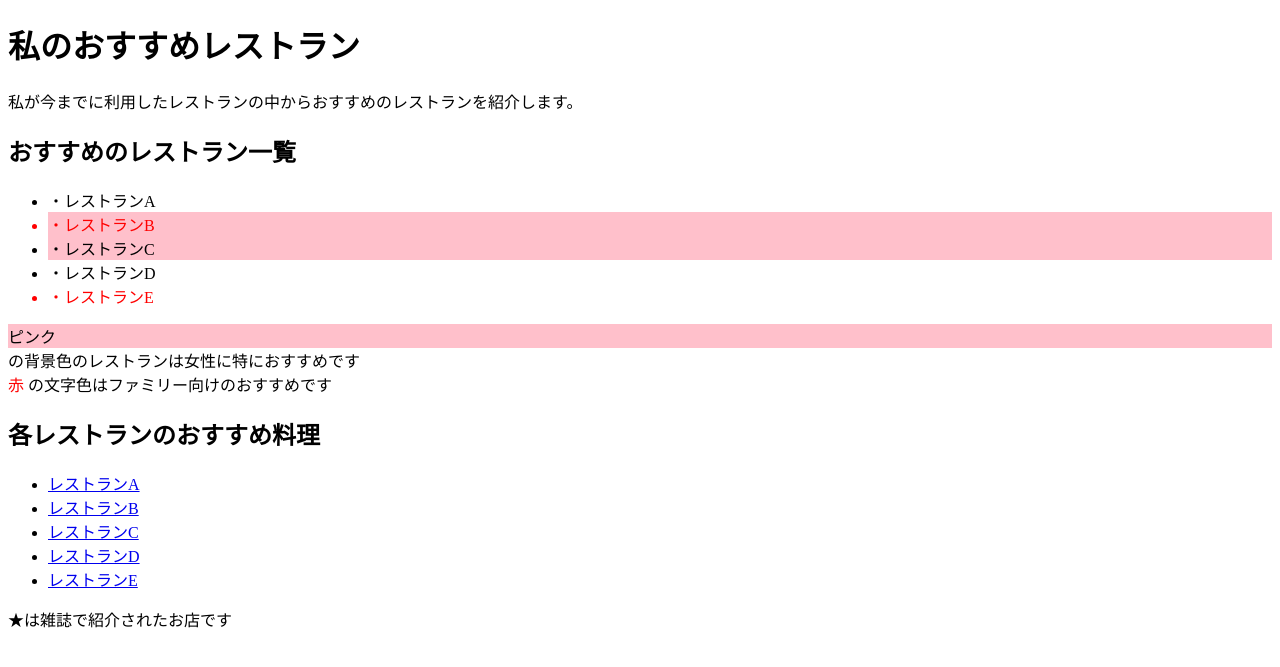
Repository: KubotaAtsushi/samurai_HTML-CSS
Page: test.html
The author's editor kept a record of every edit. The page is drawn from the files as they stood at one moment, then again after the next edit.
The browser window is 1280 px wide. The pictures show the whole page.

Above is the page before.

After the next edit:
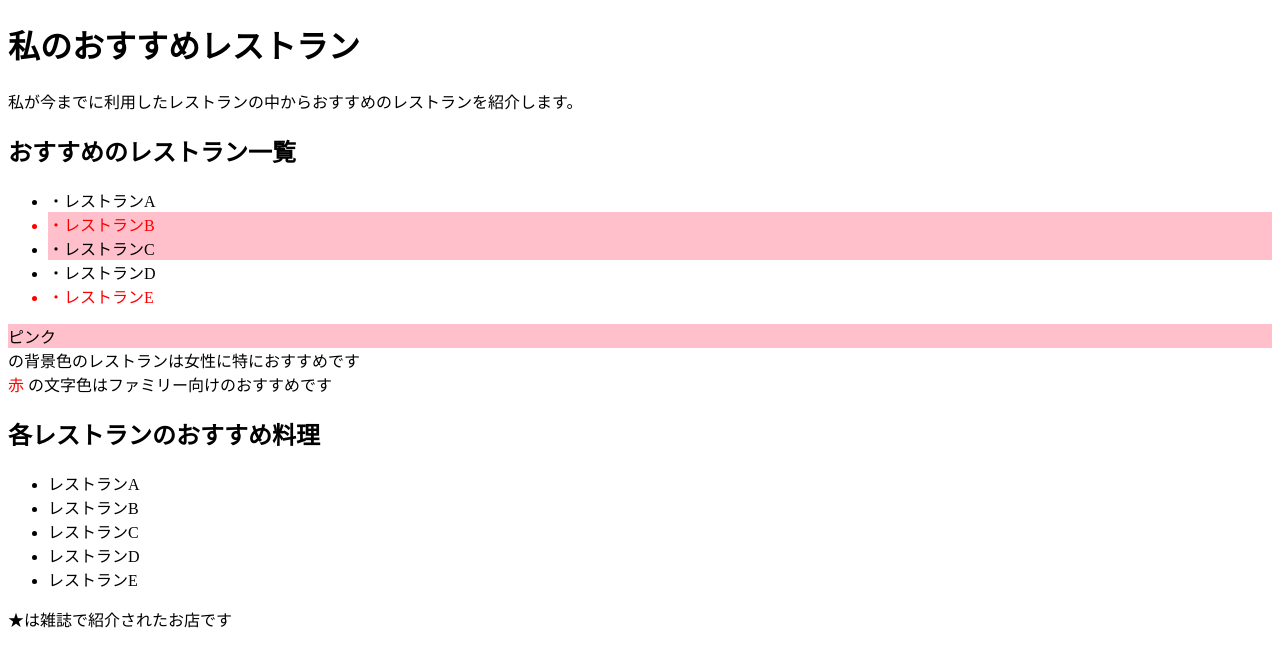
The edit:
--- a/test.html
+++ b/test.html
@@ -30,11 +30,11 @@
                  <div id="wrapper">
             <div id="nav">
                 <ul>
-                    <li><a href="home.html">レストランA</a></li>
-                    <li><a href="#">レストランB</a></li>
-                    <li><a href="#">レストランC</a></li>
-                    <li><a href="#">レストランD</a></li>
-                    <li><a href="#">レストランE</a></li>
+                    <li>レストランA</li>
+                    <li>レストランB</li>
+                    <li>レストランC</li>
+                    <li>レストランD</li>
+                    <li>レストランE</li>
                 </ul>
                 <p>★は雑誌で紹介されたお店です</p>
             </div>
